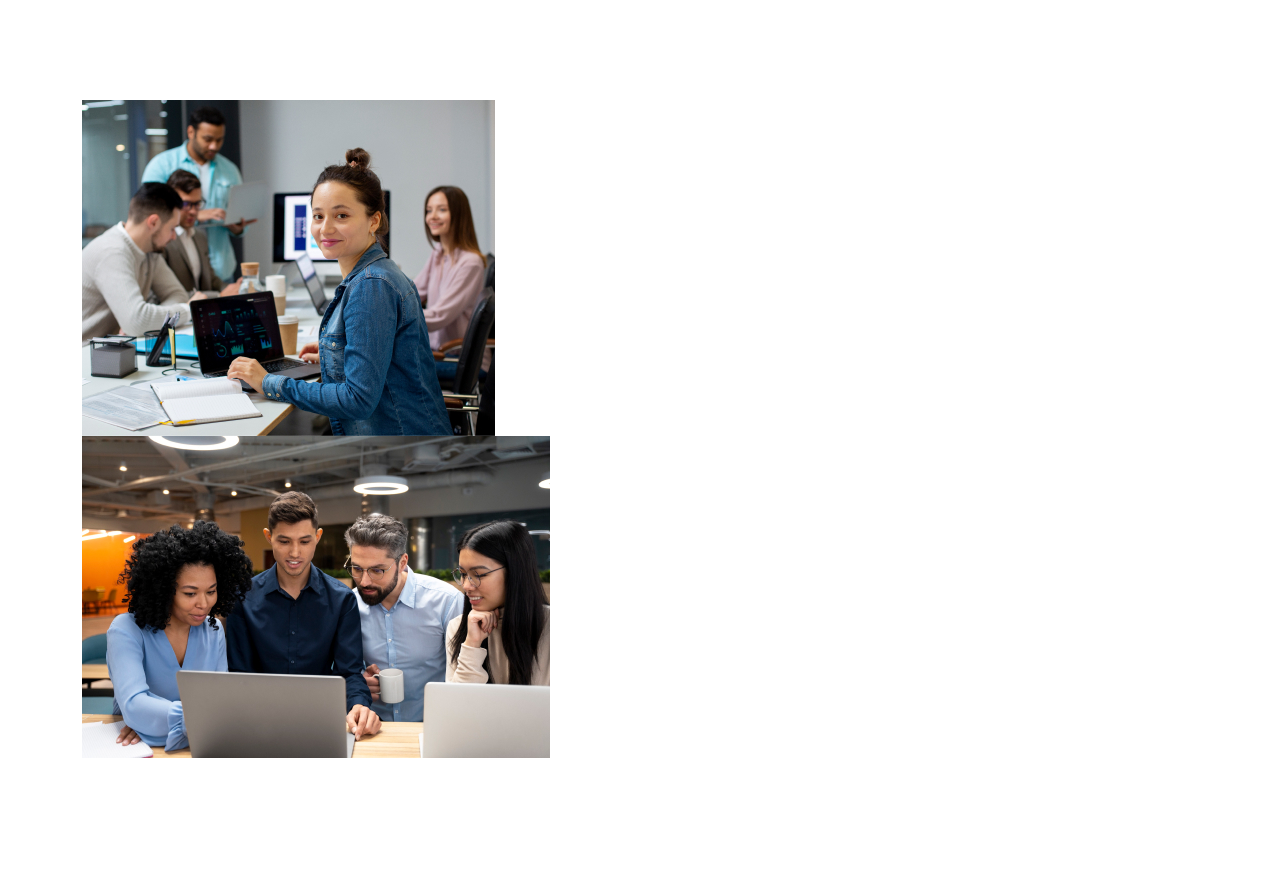
Repository: tagnam/mirehel2.0
Page: about.html
An editor plug-in stored every save of this project. The page is shown before and after the next save, followed by the edit.
The browser window is 1280 px wide. The pictures show the whole page.

Above is the page before, as saved 2025-02-03 11:50:47.

After the next save:
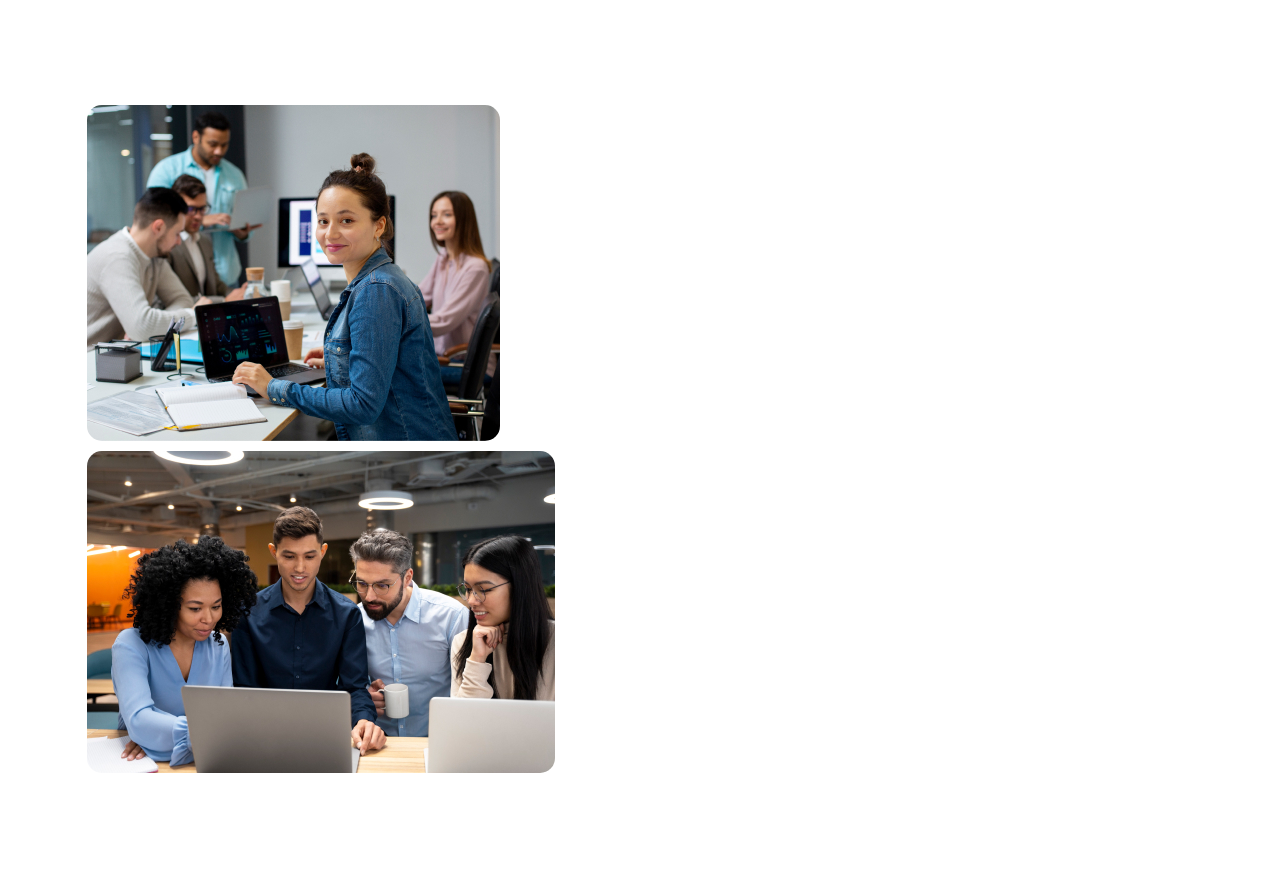
Saved 56 s later.
--- a/style/css/style.css
+++ b/style/css/style.css
@@ -438,5 +438,6 @@ linear-gradient(180deg, red 0%, #00000000 90.04%) border-box;
     position: relative;
 }
 .about-img-001{
-
-}
+    border-radius: 20px;
+    border: 5px solid #fff;
+}
